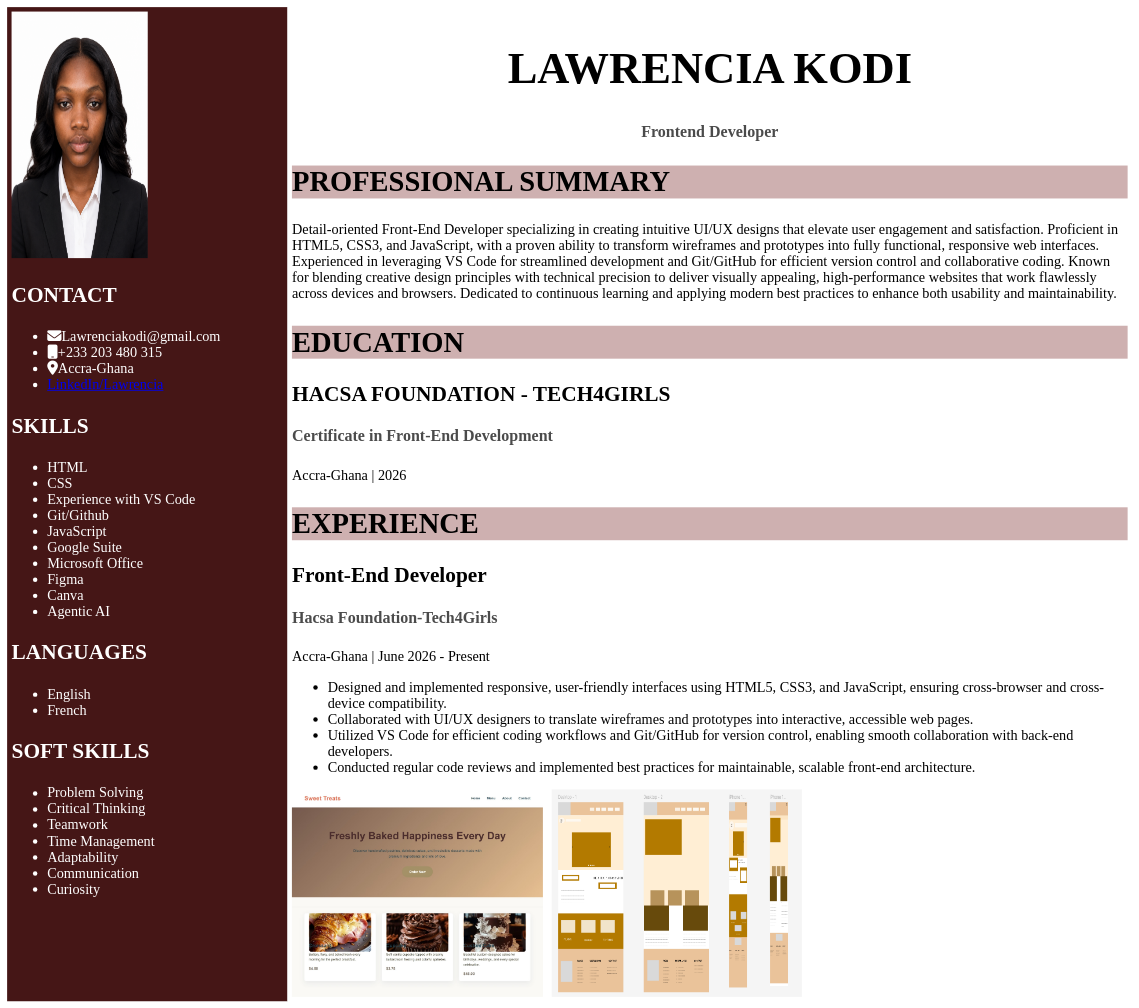
Repository: lawrencia-coder/T4G_CV
Page: index.html
An editor plug-in stored every save of this project. The page is shown before and after a run of saves, followed by the edit.
The browser window is 1280 px wide. The pictures show the whole page, at 89% of full size.
Some icons come from a web library that is not loaded, so they are not drawn. Some web libraries are served in a nearby version.

Above is the page before, as saved 2026-07-15 08:44:28.

After the next 8 saves:
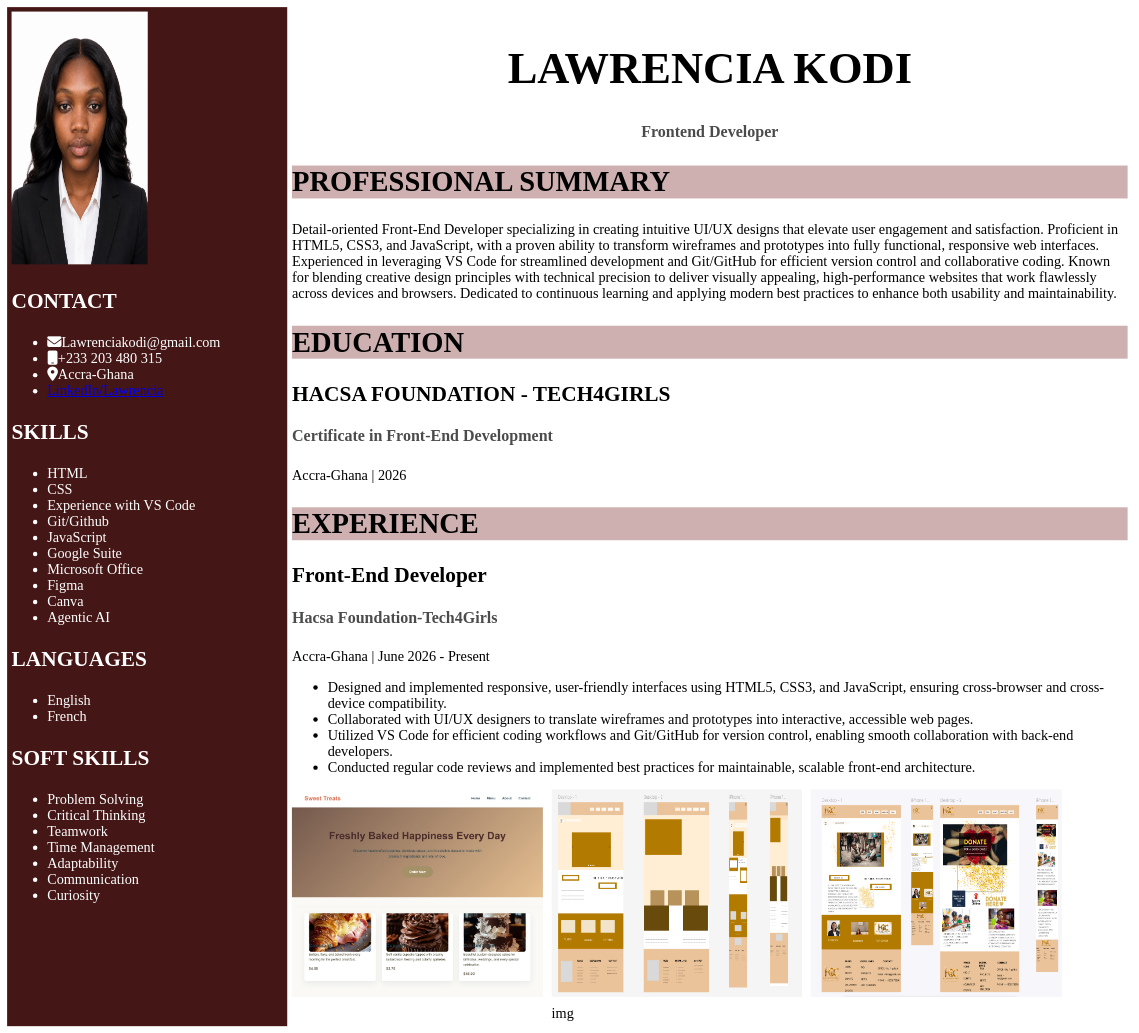
The 8 saves are shown as one change because they came seconds apart.
The last was saved 39 s later.
--- a/index.html
+++ b/index.html
@@ -92,7 +92,9 @@
                  <div class="portfolio">
                     <img src="images/Screenshot_15-7-2026_84035_lawrencia-coder.github.io.jpeg" alt="">
                     <img src="images/Screenshot 2026-07-15 082621.png" alt="">
+                    <img src="images/Screenshot 2026-07-15 082739.png" alt="">
                     <img src="" alt="">
+                    img
                  </div>
          </div>
     </div>
